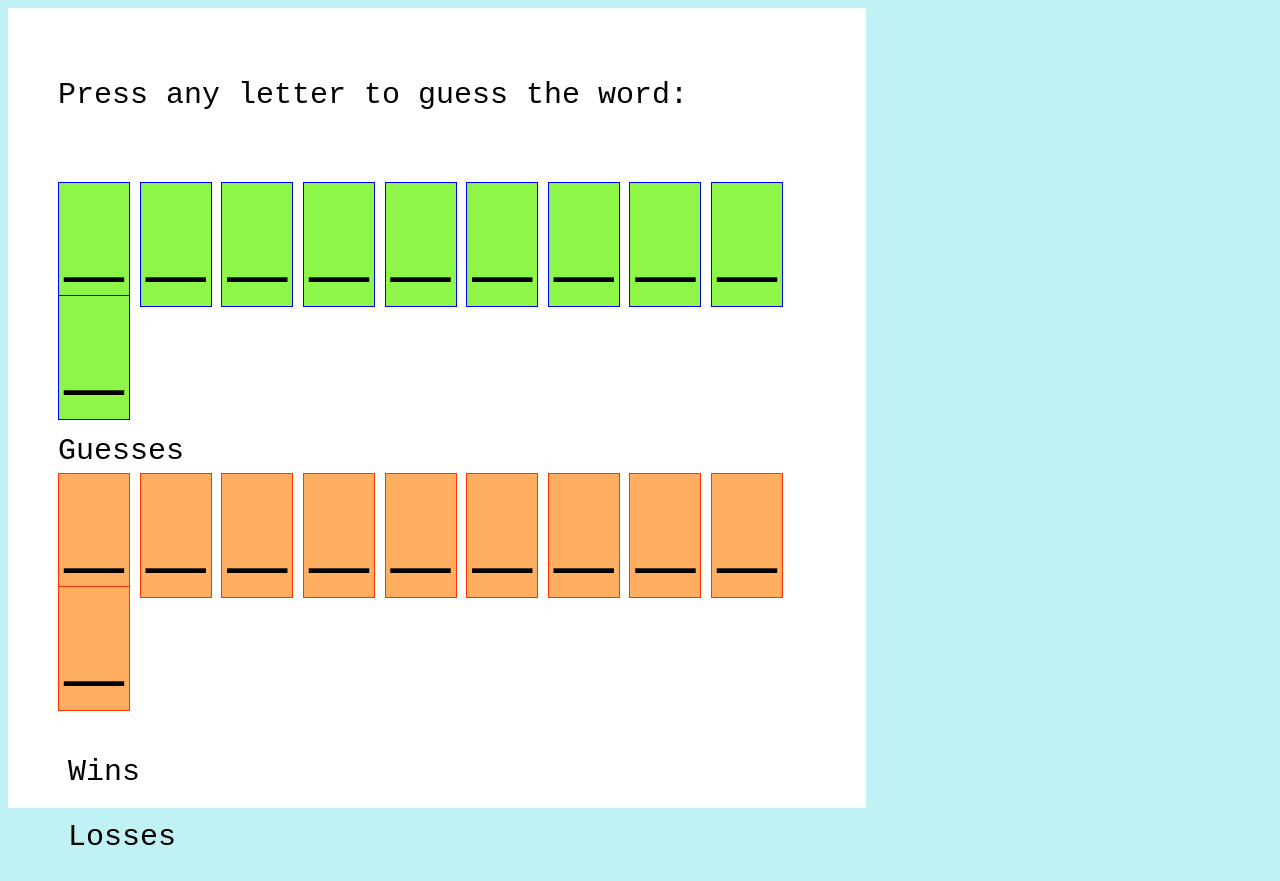
Repository: dsaftler/JavaScript
Page: index.html
These files come from the project's save history. The page is drawn as it stood at one moment and after the next save; the edit follows.
The browser window is 1280 px wide. The pictures show the whole page.

Above is the page before, as saved 2019-05-11 18:47:06.
Console error: ReferenceError: $ is not defined
Not found: jquery-3.4.0.min.js

After the next save:
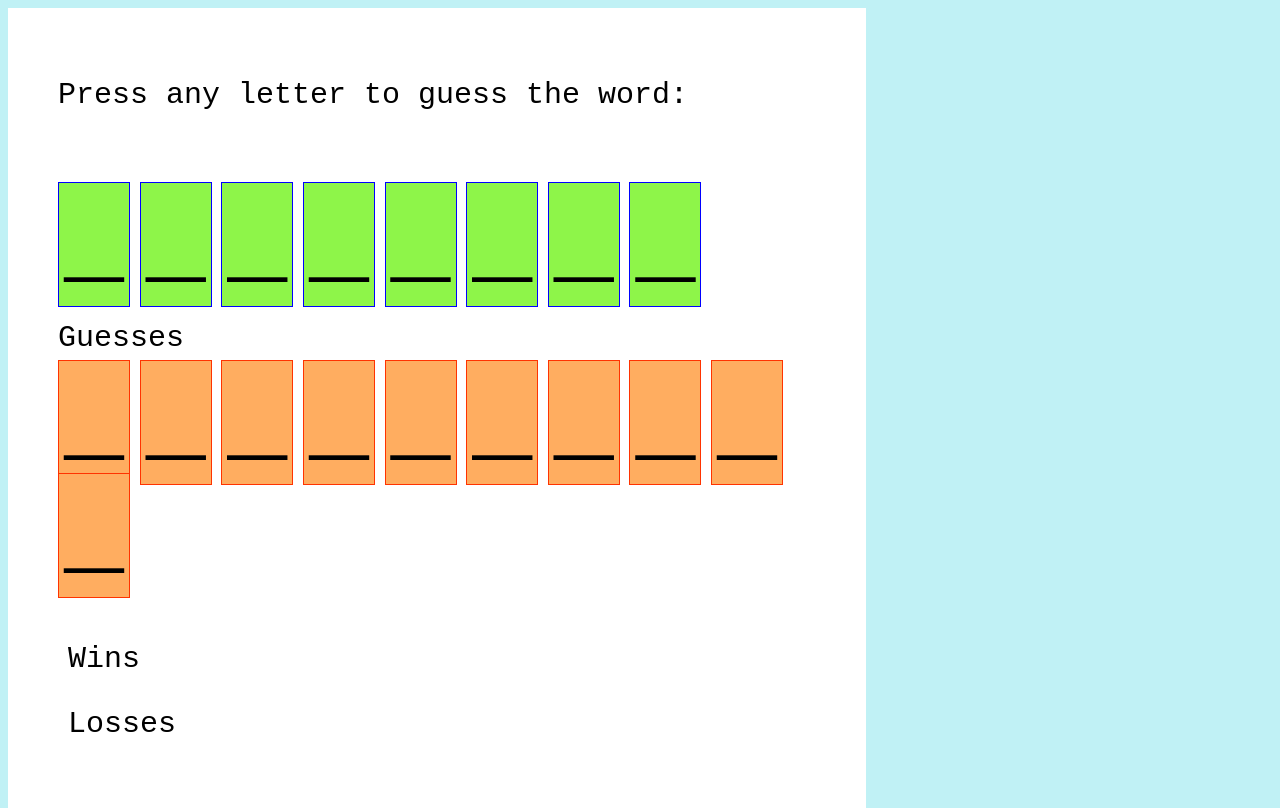
The error is gone.
Saved 2 min 8 s later.
--- a/index.html
+++ b/index.html
@@ -6,7 +6,7 @@
   <meta http-equiv="X-UA-Compatible" content="ie=edge">
   <link href="https://fonts.googleapis.com/css?family=Ubuntu+Mono" rel="stylesheet">
   <link rel="stylesheet" href="assets\css\style.css">
-  <script src="jquery-3.4.0.min.js"></script>
+<script src="https://ajax.googleapis.com/ajax/libs/jquery/3.4.0/jquery.min.js"></script>
 
   <title>JavaScript Hangman Game</title>
 </head>
